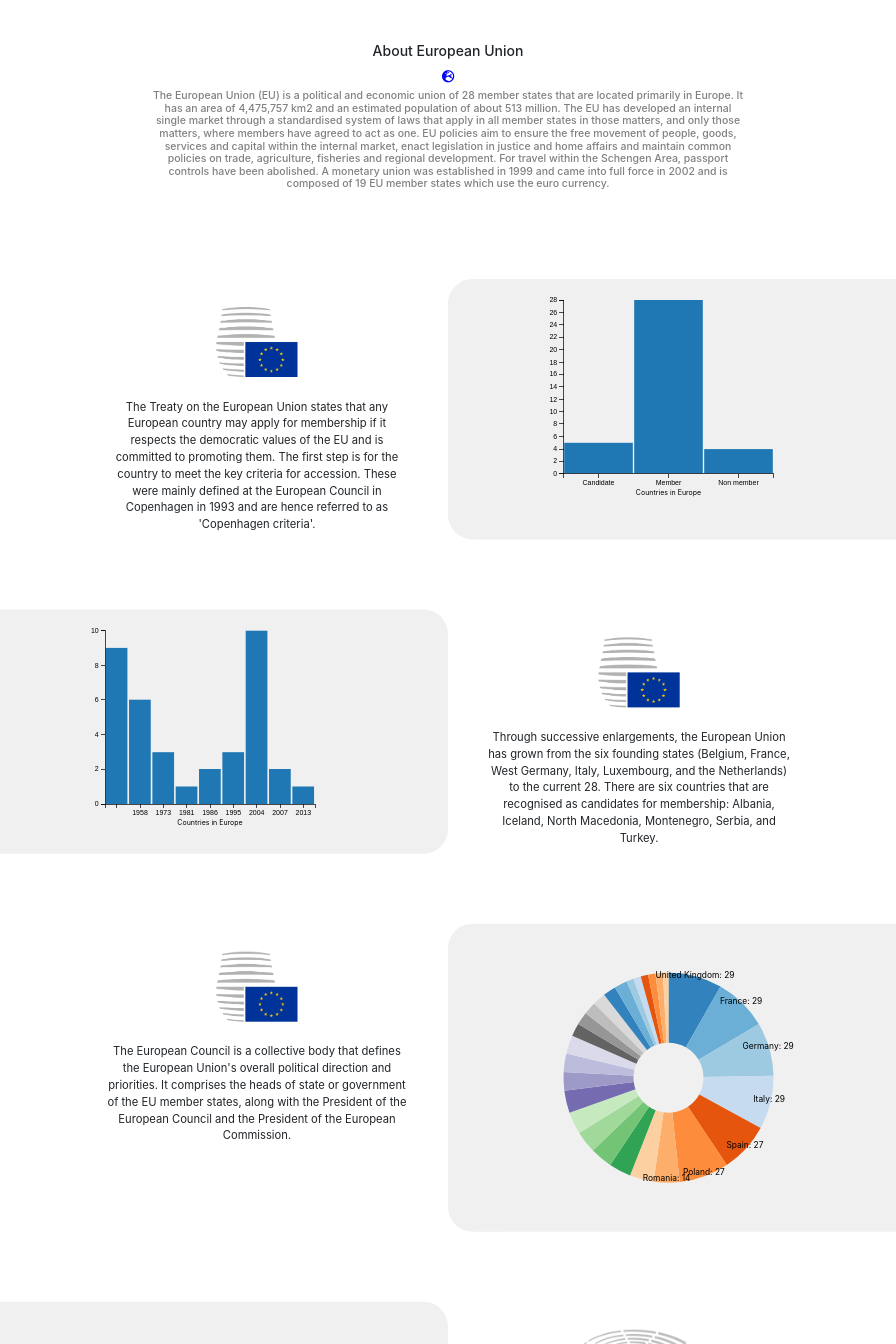
Repository: pjachimowski/renewable
Page: index.html
The author's editor kept a record of every edit. The page is drawn from the files as they stood at one moment, then again after the next edit.
The browser window is 1280 px wide. The pictures show the part of the page from y = 831 to 2751 px (the page is 3381 px tall), at 70% of full size.
Backgrounds fixed to the window are drawn as part of the page. Some web fonts or font styles are not loaded; a fallback is used. Some web libraries are served in a nearby version.

Above is the page before.

After the next edit:
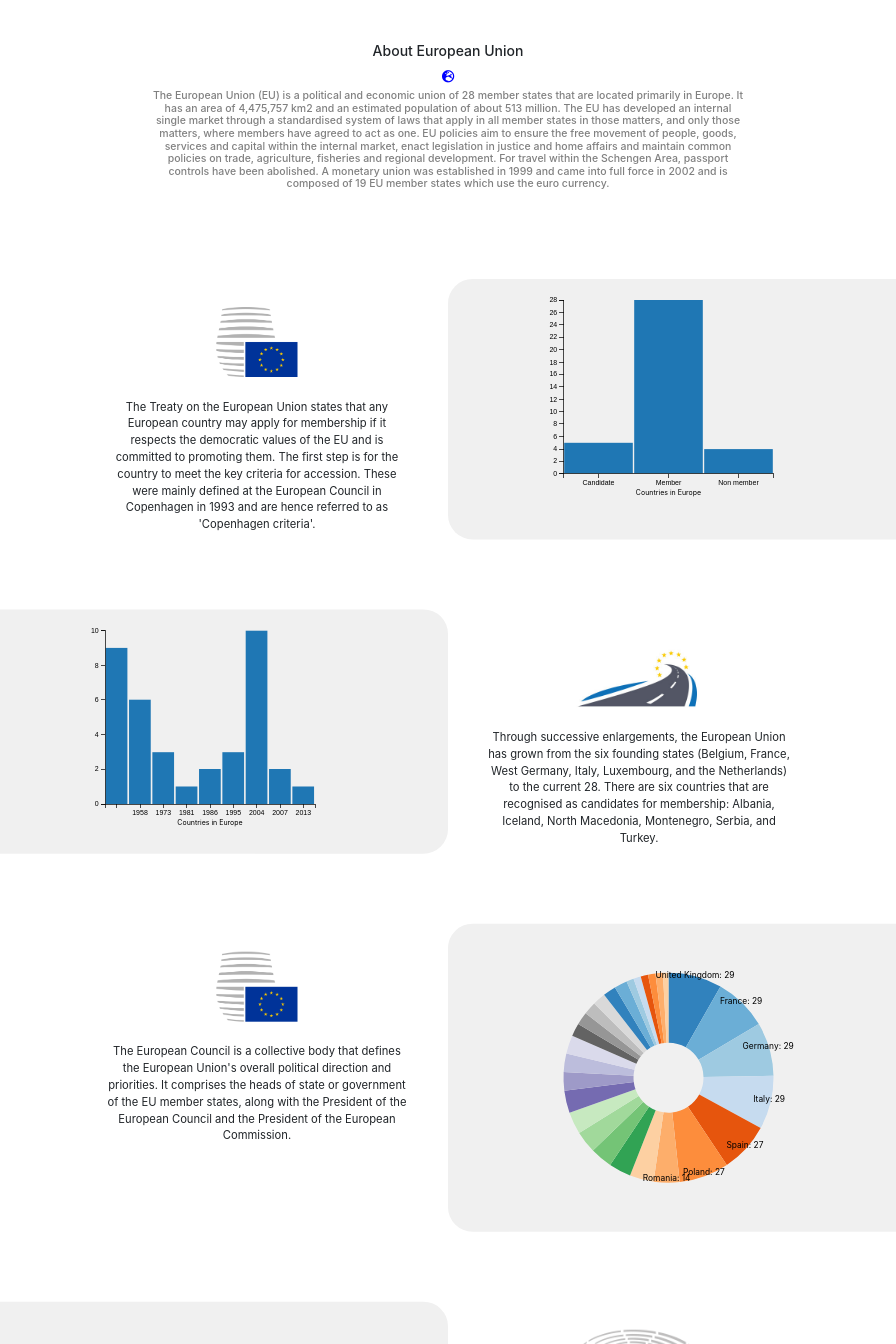
The edit:
--- a/index.html
+++ b/index.html
@@ -110,7 +110,7 @@
                 </div>
             </div>
             <div class="col-5">
-                <div class="about-charts"><img class="about-charts-img" src="assets/council1.jpg" alt="European Council">
+                <div class="about-charts"><img class="about-charts-img" src="assets/accession.jpg" alt="European Council">
                     <p></p>Through successive enlargements, the European Union has grown from the six founding states (Belgium, France, West Germany, Italy, Luxembourg, and the Netherlands) to the current 28. There are six countries that are recognised as
                     candidates for membership: Albania, Iceland, North Macedonia, Montenegro, Serbia, and Turkey.
                     </p>
